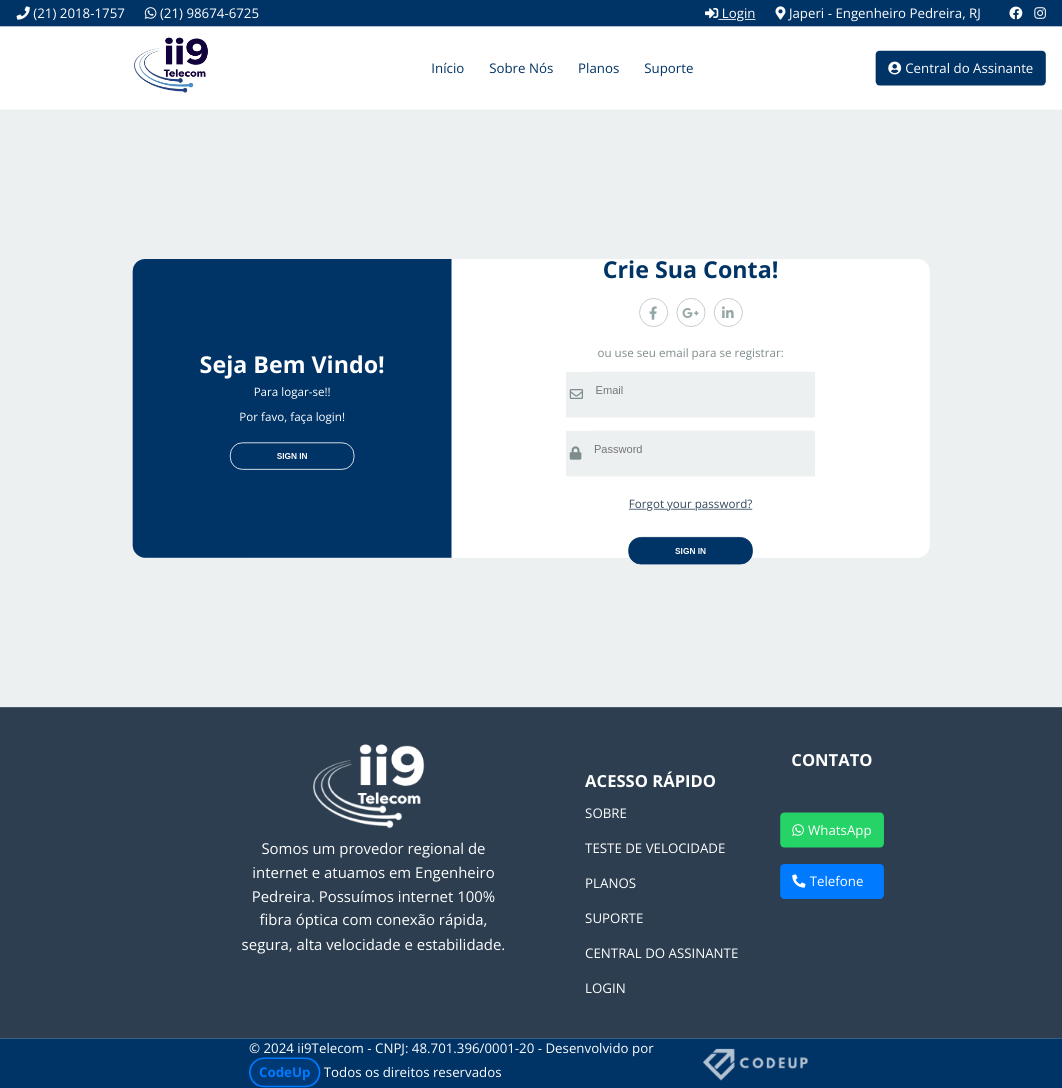
Repository: Gcodeco/ii9Telecom
Page: dist/public/screens/login.html
These files come from the project's save history. The page is drawn as it stood at one moment and after the next save; the edit follows.
The browser window is 1280 px wide. The pictures show the whole page, at 83% of full size.
Some web libraries are served in a nearby version.

Above is the page before, as saved 2024-10-31 21:24:33.
Console error: TypeError: Cannot read properties of null (reading 'addEventListener')

### dist/public/screens/login.html
<!DOCTYPE html>
<html lang="pt-br">
<head>
    <meta charset="UTF-8">
    <meta name="viewport" content="width=device-width, initial-scale=1.0">
    <title>ii9Telecom</title>
    <link rel="icon" href="img/fave.png" type="image/png">
    <link rel="stylesheet" href="../css/stylequemsomoslogo.css">

    <link rel="stylesheet" href="https://cdnjs.cloudflare.com/ajax/libs/font-awesome/5.15.4/css/all.min.css"> <!-- Para os ícones -->
    <link rel="stylesheet" href="https://cdnjs.cloudflare.com/ajax/libs/font-awesome/6.0.0-beta3/css/all.min.css">
    <link href="https://fonts.googleapis.com/css2?family=Roboto:wght@400;700&display=swap" rel="stylesheet">
    <link rel="stylesheet" href="../css/style.css">
    <link rel="stylesheet" href="https://use.fontawesome.com/releases/v5.8.2/css/all.css"
        integrity="sha384-oS3vJWv+0UjzBfQzYUhtDYW+Pj2yciDJxpsK1OYPAYjqT085Qq/1cq5FLXAZQ7Ay" crossorigin="anonymous">
</head>
<body>
    <header class="header-top">
        <div class="contact-info">
            <span><i class="fas fa-phone"></i> (21) 2018-1757</span>
            <span><i class="fab fa-whatsapp"></i> (21) 98674-6725</span>
        </div>
        <div class="social-info">

            <span><a href="login.html"><i class="fas fa-sign-in-alt"></i> Login</a></span>
            <span><i class="fas fa-map-marker-alt"></i> Japeri - Engenheiro Pedreira, RJ</span>
            <a href="https://facebook.com" target="_blank"><i class="fab fa-facebook"></i></a>
            <a href="https://instagram.com" target="_blank"><i class="fab fa-instagram"></i></a>
        </div>
    </header>

    <nav>
        <img src="../img/Novo Projeto.png" alt="ii9Telecom" class="logo1">
        <ul>
            <li><a href="../index.html">Início</a></li>
            <li><a href="#sobre">Sobre Nós</a></li>
            <li><a href="#planos">Planos</a></li>
            <section id="suporte">
                <li><a href="suporte">Suporte</a></li>
            </section>
        </ul>
        <section id="centraldoassinante">
        <a  href="https://ii9telecom.atlaz.com.br/central" class="subscriber-button">
            <i class="fas fa-user-circle"></i> Central do Assinante
        </a>
    </section>
    </nav>



    <div class="container">
        <div class="content first-content">
            <div class="first-column">
                <h2 class="title title-primary">Seja Bem Vindo!</h2>
                <p class="description description-primary">Para logar-se!!</p>
                <p class="description description-primary">Por favo, faça login!</p>
                <button id="signin" class="btn btn-primary">sign in</button>
            </div>
            <div class="second-column">
                <h2 class="title title-second">Crie Sua Conta!</h2>
                <div class="social-media">
                    <ul class="list-social-media">
                        <a class="link-social-media" href="#">
                            <li class="item-social-media">
                                <i class="fab fa-facebook-f"></i>
                            </li>
                        </a>
                        <a class="link-social-media" href="#">
                            <li class="item-social-media">
                                <i class="fab fa-google-plus-g"></i>
                            </li>
                        </a>
                        <a class="link-social-media" href="#">
                            <li class="item-social-media">
                                <i class="fab fa-linkedin-in"></i>
                            </li>
                        </a>
                    </ul>
                </div><!-- social media -->
                <p class="description description-second">ou use seu email para se registrar:</p>
                <form class="form" id="loginForm">
                    <label class="label-input" for="email">
                        <i class="far fa-envelope icon-modify"></i>
                        <input type="email" id="email" placeholder="Email" required>
                    </label>
                    <label class="label-input" for="senha">
                        <i class="fas fa-lock icon-modify"></i>
                        <input type="password" id="senha" placeholder="Password" required>
                    </label>
                    <a class="password" href="#">forgot your password?</a>
                    <button type="submit" class="btn btn-second">sign in</button>
                </form>
            </div><!-- second column -->
        </div><!-- first content -->
        <div class="content second-content">
            <div class="first-column">
                <h2 class="title title-primary">Olá Amigo!</h2>
                <p class="description description-primary">Insira seus dados pessoais</p>
                <p class="description description-primary">e comece a jornada conosco</p>
                <button id="signup" class="btn btn-primary">sign up</button>
            </div>
            <div class="second-column">
                <h2 class="title title-second">Faça Login na ii9TELECOM!</h2>
                <div class="social-media">
                    <ul class="list-social-media">
                        <a class="link-social-media" href="#">
                            <li class="item-social-media">
                                <i class="fab fa-facebook-f"></i>
                            </li>
                        </a>
                        <a class="link-social-media" href="#">
                            <li class="item-social-media">
                                <i class="fab fa-google-plus-g"></i>
                            </li>
                        </a>
                        <a class="link-social-media" href="#">
                            <li class="item-social-media">
                                <i class="fab fa-linkedin-in"></i>
                            </li>
                        </a>
                    </ul>
                </div><!-- social media -->
                <p class="description description-second">or use your email account:</p>
                <form class="form">

                    <label class="label-input" for="">
                        <i class="far fa-envelope icon-modify"></i>
                        <input type="email" placeholder="Email">
                    </label>

                    <label class="label-input" for="">
                        <i class="fas fa-lock icon-modify"></i>
                        <input type="password" placeholder="Password">
                    </label>

                    <a class="password" href="#">forgot your password?</a>
                    <button class="btn btn-second">sign in</button>
                </form>
            </div><!-- second column -->
        </div><!-- second-content -->
    </div>
    <script src="../js/app.js"></script>

    <section id="servicos-contato" class="faixa">
        <div class="container1">

            <div class="texto-container">
                <img src="../img/Novo Projeto.png" alt="ii9Telecom" class="logo">
                <p class="texto1">Somos um provedor regional de internet e atuamos em Engenheiro Pedreira. Possuímos internet 100% fibra óptica com conexão rápida, segura, alta velocidade e estabilidade.</p>
            </div>
            <section id="acessorapido" class="acesso-rapido">
                <p class="titulo-acesso">ACESSO RÁPIDO</p>
                <p><a href="#sobre">SOBRE</a></p>
                <p><a href="https://fast.com/pt/" target="_blank">TESTE DE VELOCIDADE</a></p>
                <p><a href="#planos">PLANOS</a></p>
                <p><a href="#suporte">SUPORTE</a></p>
                <p><a href="#centraldoassinante">CENTRAL DO ASSINANTE</a></p>
                <p><a href="#login">LOGIN</a></p>
            </section>
            <section id="contato" class="contato-rapido">
                <p class="titulo-contato">CONTATO</p>

                <div class="botoes-contato">
                    <a href="https://api.whatsapp.com/send?phone=5521996830145" class="btn-whatsapp" target="_blank">
                        <i class="fab fa-whatsapp"></i> WhatsApp
                    </a>
                    <a href="tel:+5521996830145" class="btn-telefone">
                        <i class="fas fa-phone-alt"></i> Telefone
                    </a>
                </div>
            </section>
            </div>
            </section>

        </div>
    </section>



    <footer>
        <p>© 2024 ii9Telecom  - CNPJ: 48.701.396/0001-20 - Desenvolvido por <a href="mailto:codeco.gcs@gmail.com" class="destaque">CodeUp</a> Todos os direitos reservados       </p>
                      <img src="../img/CODEUP.png" alt="codeup">
    </footer>


    <script>
        let currentSlide = 0;

        function showSlide(index) {
            const slides = document.querySelectorAll('.carousel-image');
            if (index >= slides.length) {
                currentSlide = 0;
            } else if (index < 0) {
                currentSlide = slides.length - 1;
            } else {
                currentSlide = index;
            }

            slides.forEach((slide, i) => {
                slide.classList.remove('active');
                if (i === currentSlide) {
                    slide.classList.add('active');
                }
            });
        }

        function moveSlide(direction) {
            showSlide(currentSlide + direction);
        }

        // Mudar automaticamente de slide a cada 5 segundos
        setInterval(() => {
            moveSlide(1);
        }, 5000);


        const image = document.querySelector('.about-image');

image.addEventListener('mouseover', () => {
    image.style.transform = 'rotate(-5deg)';
});

image.addEventListener('mouseout', () => {
    image.style.transform = 'rotate(5deg)';
});
    </script>

<script>
    document.querySelector('.second-column .form').addEventListener('submit', async (e) => {
        e.preventDefault();

        const email = document.querySelector('input[type="email"]').value;
        const senha = document.querySelector('input[type="password"]').value;

        const response = await fetch('/api/login', {
            method: 'POST',
            headers: {
                'Content-Type': 'application/json',
            },
            body: JSON.stringify({ email, senha }),
        });

        const data = await response.json();

        if (response.ok) {
            alert(data.message); // Mensagem de sucesso
            localStorage.setItem('usuario', JSON.stringify(data.usuario)); // Armazena os dados do usuário
            // Redirecionar ou realizar outras ações
            window.location.href = 'pagina-desejada.html'; // Substitua pelo URL desejado
        } else {
            alert(data.message); // Mensagem de erro
        }
    });
    </script>


</body>
</html>

### dist/public/css/style.css
@import url('https://fonts.googleapis.com/css?family=Open+Sans:300,400,700&display=swap');
* {
    margin: 0;
    padding: 0;
    box-sizing: border-box;

}
body {
    font-family: 'Open Sans', sans-serif;
}
.container {
    display: flex;
    justify-content: center;
    align-items: center;
    height: 100vh;
    background-color: #ecf0f1;
}
.content {
    background-color: #fff;
    border-radius: 15px;
    width: 960px;
    height: 50%;
    justify-content: space-between;
    align-items: center;
    position: relative;
}
.content::before {
    content: "";
    position: absolute;
    background-color: #003366;
    width: 40%;
    height: 100%;
    border-top-left-radius: 15px;
    border-bottom-left-radius: 15px;


    left: 0;
}
.title {
    font-size: 28px;
    font-weight: bold;

}
.title-primary {
    color: #fff;
}
.title-second {
    color: #003366;
}
.description {
    font-size: 14px;
    font-weight: 300;
    line-height: 30px;
}
.description-primary {
    color: #fff;
}
.description-second {
    color: #7f8c8d;
}
.btn {
    border-radius: 15px;
    text-transform: uppercase;
    color: #fff;
    font-size: 10px;
    padding: 10px 50px;
    cursor: pointer;
    font-weight: bold;
    width: 150px;
    align-self: center;
    border: none;
    margin-top: 1rem;
}
.btn-primary {
    background-color: transparent;
    border: 1px solid #fff;
    transition: background-color .5s;
}
.btn-primary:hover {
    background-color: #fff;
    color: #003366;
}
.btn-second {
    background-color: #003366;
    border: 1px solid #003366;
    transition: background-color .5s;
}
.btn-second:hover {
    background-color: #fff;
    border: 1px solid #003366;
    color: #003366;
}
.first-content {
    display: flex;
}
.first-content .second-column {
    z-index: 11;
}
.first-column {
    text-align: center;
    width: 40%;
    z-index: 10;
}
.second-column {
    width: 60%;
    display: flex;
    flex-direction: column;
    align-items: center;
}
.social-media {
    margin: 1rem 0;
}
.link-social-media:not(:first-child){
    margin-left: 10px;
}
.link-social-media .item-social-media {
    transition: background-color .5s;
}
.link-social-media:hover .item-social-media{
    background-color: #003366;
    color: #fff;
    border-color: #003366;
}
.list-social-media {
    display: flex;
    list-style-type: none;
}
.item-social-media {
    border: 1px solid #bdc3c7;
    border-radius: 50%;
    width: 35px;
    height: 35px;
    line-height: 35px;
    text-align: center;
    color: #95a5a6;
}
.form {
    display: flex;
    flex-direction: column;
    width: 55%;
}
.form input {
    height: 45px;
    width: 100%;
    border: none;
    background-color: #ecf0f1;
}
input:-webkit-autofill
{
    -webkit-box-shadow: 0 0 0px 1000px #ecf0f1 inset !important;
    -webkit-text-fill-color: #000 !important;
}
.label-input {
    background-color: #ecf0f1;
    display: flex;
    align-items: center;
    margin: 8px;
}
.icon-modify {
    color: #7f8c8d;
    padding: 0 5px;
}

/* second content*/

.second-content {
    position: absolute;
    display: flex;
}
.second-content .first-column {
    order: 2;
    z-index: -1;
}
.second-content .second-column {
    order: 1;
    z-index: -1;
}
.password {
    color: #34495e;
    font-size: 14px;
    margin: 15px 0;
    text-align: center;
}
.password::first-letter {
    text-transform: capitalize;
}



.sign-in-js .first-content .first-column {
    z-index: -1;
}

.sign-in-js .second-content .second-column {
    z-index: 11;
}
.sign-in-js .second-content .first-column {
    z-index: 13;
}

.sign-in-js .content::before {
    left: 60%;
    border-top-left-radius: 0;
    border-bottom-left-radius: 0;
    border-top-right-radius: 15px;
    border-bottom-right-radius: 15px;
    animation: slidein 1.3s; /*MODIFIQUEI DE 3s PARA 1.3s*/

    z-index: 12;
}

.sign-up-js .content::before {
    animation: slideout 1.3s; /*MODIFIQUEI DE 3s PARA 1.3s*/

    z-index: 12;
}

.sign-up-js .second-content .first-column,
.sign-up-js .second-content .second-column {
    z-index: -1;
}

.sign-up-js .first-content .second-column {
    z-index: 11;
}

.sign-up-js .first-content .first-column {
    z-index: 13;
}


/* DESLOCAMENTO CONTEÚDO ATRÁS DO CONTENT:BEFORE*/
.sign-in-js .first-content .second-column {

    z-index: -1;
    position: relative;
    animation: deslocamentoEsq 1.3s; /*MODIFIQUEI DE 3s PARA 1.3s*/
}

.sign-up-js .second-content .second-column {
    position: relative;
    z-index: -1;
    animation: deslocamentoDir 1.3s; /*MODIFIQUEI DE 3s PARA 1.3s*/
}

/*ANIMAÇÃOO CSS PARA O CONTEÚDO*/

@keyframes deslocamentoEsq {

    from {
        left: 0;
        opacity: 1;
        z-index: 12;
    }

    25% {
        left: -80px;
        opacity: .5;
        /* z-index: 12; NÃO HÁ NECESSIDADE */
    }

    50% {
        left: -100px;
        opacity: .2;
        /* z-index: 12; NÃO HÁ NECESSIDADE */
    }

    to {
        left: -110px;
        opacity: 0;
        z-index: -1;
    }
}


@keyframes deslocamentoDir {

    from {
        left: 0;
        z-index: 12;
    }

    25% {
        left: 80px;
        /* z-index: 12;  NÃO HÁ NECESSIDADE*/
    }

    50% {
        left: 100px;
        /* z-index: 12; NÃO HÁ NECESSIDADE*/
        /* background-color: yellow;  Exemplo que dei no vídeo*/
    }

    to {
        left: 110px;
        z-index: -1;
    }
}


/*ANIMAÇÃO CSS*/

@keyframes slidein {

    from {
        left: 0;
        width: 40%;
    }

    25% {
        left: 5%;
        width: 50%;
    }

    50% {
        left: 25%;
        width: 60%;
    }

    75% {
        left: 45%;
        width: 50%;
    }

    to {
        left: 60%;
        width: 40%;
    }
}

@keyframes slideout {

    from {
        left: 60%;
        width: 40%;
    }

    25% {
        left: 45%;
        width: 50%;
    }

    50% {
        left: 25%;
        width: 60%;
    }

    75% {
        left: 5%;
        width: 50%;
    }

    to {
        left: 0;
        width: 40%;
    }
}

/*VERSÃO MOBILE*/
@media screen and (max-width: 1040px) {
    .content {
        width: 100%;
        height: 100%;
    }

    .content::before {
        width: 100%;
        height: 40%;
        top: 0;
        border-radius: 0;
    }
    .first-content, .second-content {
        flex-direction: column;
        justify-content: space-around;
    }

    .first-column, .second-column {
        width: 100%;
    }

    .sign-in-js .content::before {
        top: 60%;
        left: 0;
        border-radius: 0;

    }

    .form {
        width: 90%;
    }

    /* ANIMAÇÃO MOBILE CSS*/

    @keyframes deslocamentoEsq {

        from {
            top: 0;
            opacity: 1;
            z-index: 12;
        }

        25% {
            top: -80px;
            opacity: .5;
            /* z-index: 12; NÃO HÁ NECESSIDADE */
        }

        50% {
            top: -100px;
            opacity: .2;
            /* z-index: 12; NÃO HÁ NECESSIDADE */
        }

        to {
            top: -110px;
            opacity: 0;
            z-index: -1;
        }
    }


    @keyframes deslocamentoDir {

        from {
            top: 0;
            z-index: 12;
        }

        25% {
            top: 80px;
            /* z-index: 12;  NÃO HÁ NECESSIDADE*/
        }

        50% {
            top: 100px;
            /* z-index: 12; NÃO HÁ NECESSIDADE*/
            /* background-color: yellow;  Exemplo que dei no vídeo*/
        }

        to {
            top: 110px;
            z-index: -1;
        }
    }



    @keyframes slidein {

        from {
            top: 0;
            height: 40%;
        }

        25% {
            top: 5%;
            height: 50%;
        }

        50% {
            top: 25%;
            height: 60%;
        }

        75% {
            top: 45%;
            height: 50%;
        }

        to {
            top: 60%;
            height: 40%;
        }
    }

    @keyframes slideout {

        from {
            top: 60%;
            height: 40%;
        }

        25% {
            top: 45%;
            height: 50%;
        }

        50% {
            top: 25%;
            height: 60%;
        }

        75% {
            top: 5%;
            height: 50%;
        }

        to {
            top: 0;
            height: 40%;
        }
    }

}

@media screen and (max-width: 740px) {
    .form {
        width: 50%;
    }
}

@media screen and (max-width: 425px) {
    .form {
        width: 100%;
    }
}

Loaded but not shown: dist/public/js/app.js (14 lines, source omitted); dist/public/css/stylequemsomoslogo.css (693 lines, source omitted)

After the next save:
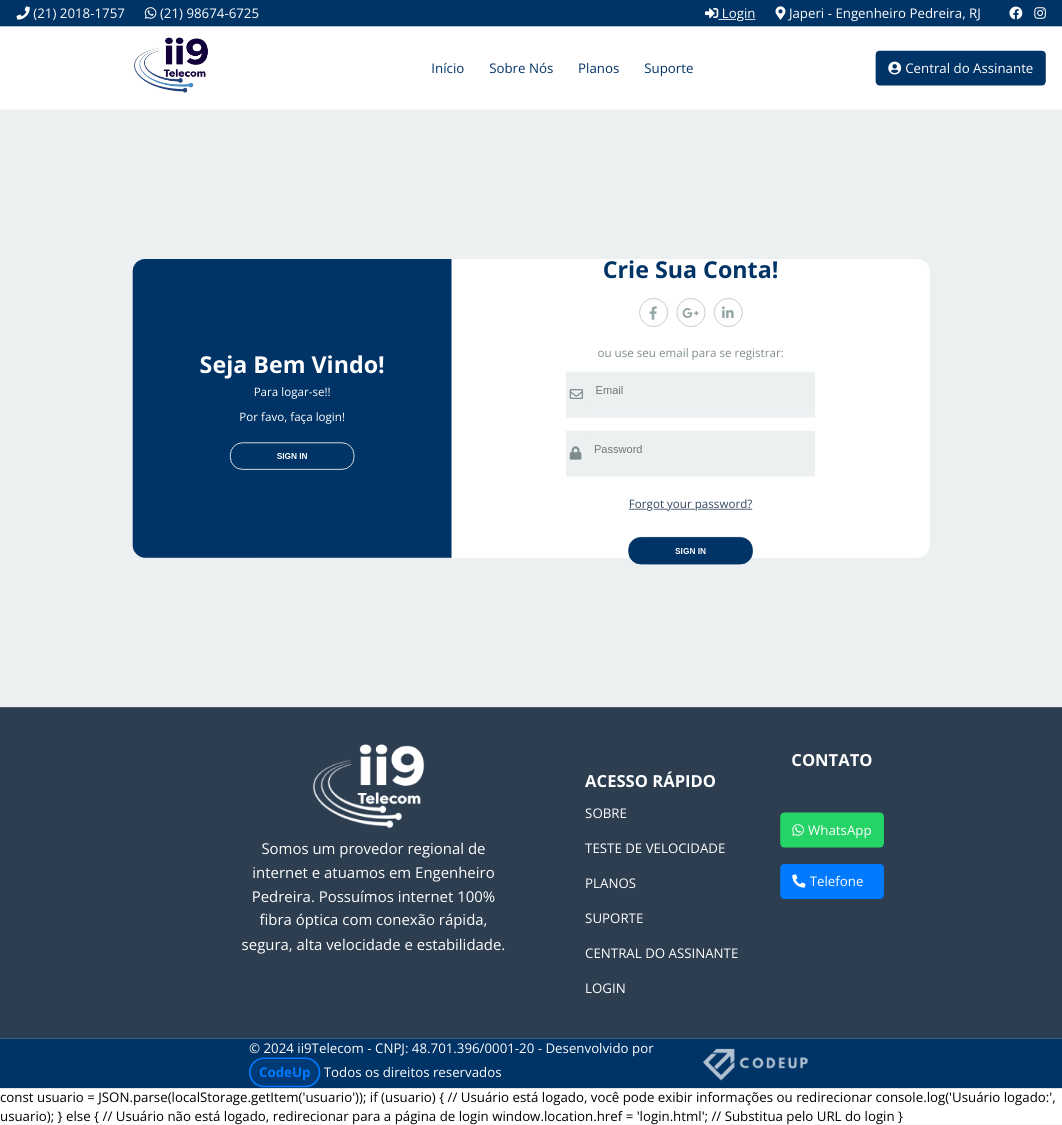
Saved 13 s later.
--- a/dist/public/screens/login.html
+++ b/dist/public/screens/login.html
@@ -253,6 +253,17 @@ image.addEventListener('mouseout', () => {
     });
     </script>
 
+const usuario = JSON.parse(localStorage.getItem('usuario'));
+
+if (usuario) {
+    // Usuário está logado, você pode exibir informações ou redirecionar
+    console.log('Usuário logado:', usuario);
+} else {
+    // Usuário não está logado, redirecionar para a página de login
+    window.location.href = 'login.html'; // Substitua pelo URL do login
+}
+
+
 
 </body>
 </html>
